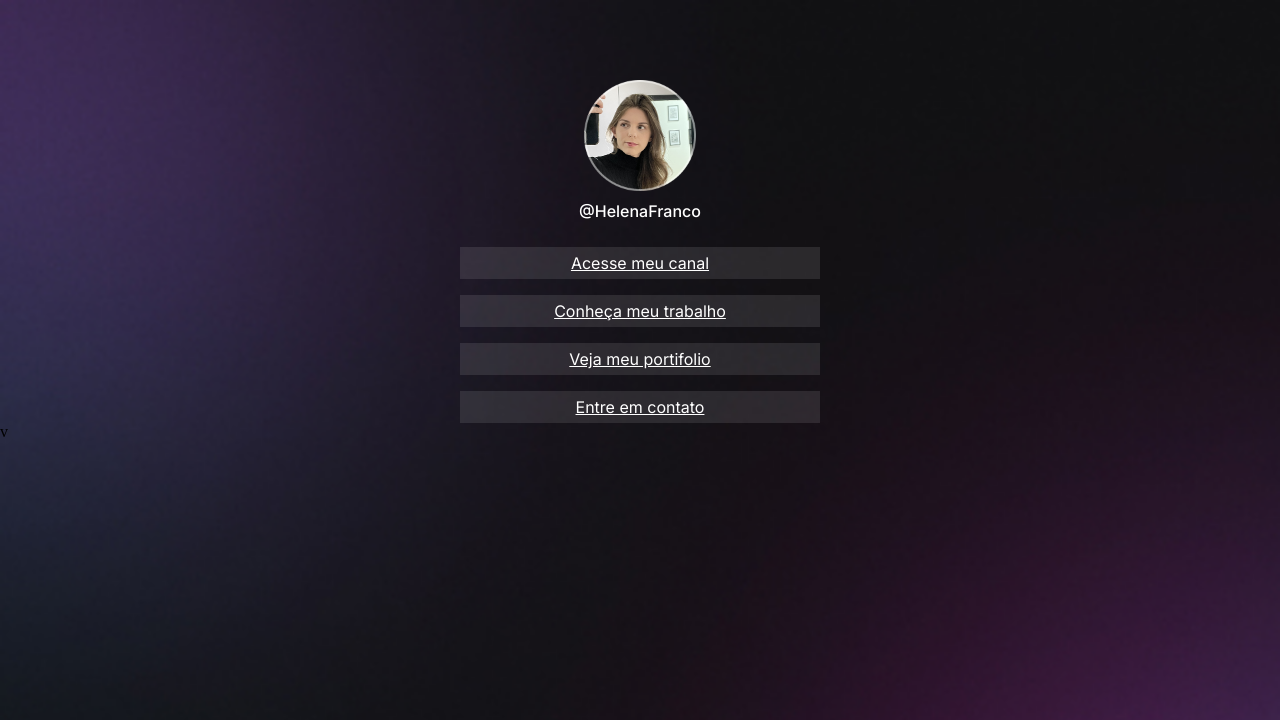
Repository: Fr4nc021/Pagina-de-links-
Page: index.html
An editor plug-in stored every save of this project. The page is shown before and after the next save, followed by the edit.
The browser window is 1280 px wide. The pictures show the whole page.

Above is the page before, as saved 2025-02-10 16:50:46.

### index.html
<!DOCTYPE html>
<html lang="pt-br">
<head>
    <link rel="preconnect" href="https://fonts.googleapis.com">
    <link rel="preconnect" href="https://fonts.gstatic.com" crossorigin>
    <link href="https://fonts.googleapis.com/css2?family=Inter:ital,opsz,wght@0,14..32,100..900;1,14..32,100..900&display=swap" rel="stylesheet">
    <meta charset="UTF-8">
    <meta name="viewport" content="width=device-width, initial-scale=1.0">
    <title>DevLinks</title>
    <link rel="stylesheet" href="style.css">
</head>
<body>
    <div id="container">
    <div id="profile">
    <img
        src="./assets/avatar.png"
        alt="Foto da Helena Franco sorrindo">
        <p>@HelenaFranco</p>
    </div>
    <div>
        <ul>
            <li>
                <a href="#" target="_blank">Acesse meu canal</a>
            </li>
            <li>
                <a href="#" target="_blank">Conheça meu trabalho</a>
            </li>
            <li>
                <a href="#" target="_blank">Veja meu portifolio</a>
            </li>
            <li>
                <a href="#" target="_blank">Entre em contato</a>
            </li>
        </ul>
    </div>
    </div>
</body> v
</html>

### style.css
* {
    margin: 0%;
    padding: 0%;
    box-sizing: border-box;
}


body {
background: url(./assets/bg-mobile.jpg) no-repeat top center/cover;
}

body * {
        font-family: "Inter", sans-serif;
        color: #ffffff
      }

#container {
    width: 360px;
    margin: 56px auto 0px
}

#profile img {
    width: 112px;
    display: block;
    margin: auto;

}

#profile {
    text-align: center;
    padding: 24px;
}

#profile p {
    font-weight: 500;
    line-height: 24px;
    margin-top: 8px;
}

/* Links */

ul{
    list-style: none;
    display: flex;
    flex-direction: column;
    gap: 16px;

}

ul li a {

        display: flex;
        align-items: center;
        justify-content: center;
        padding: 6px;
        background: rgba(255, 255,255, 0.1)
}

After the next save:
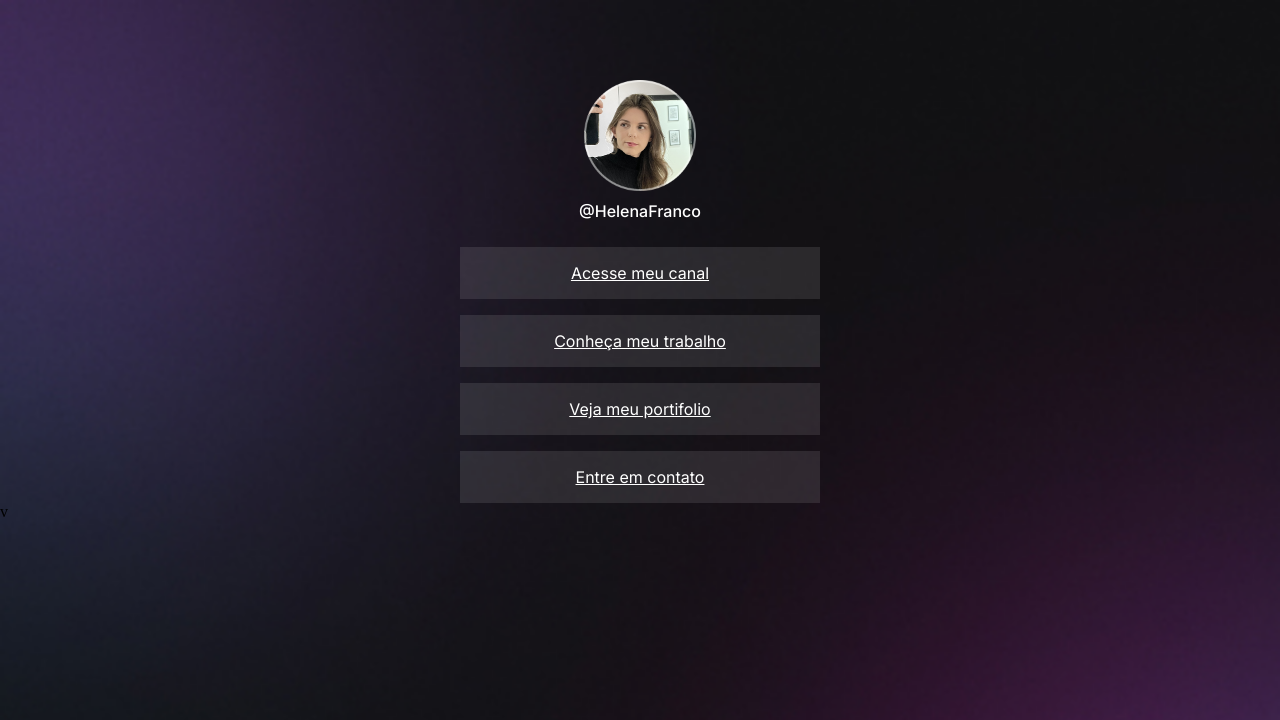
Saved 16 s later.
--- a/style.css
+++ b/style.css
@@ -52,6 +52,6 @@ ul li a {
         display: flex;
         align-items: center;
         justify-content: center;
-        padding: 6px;
+        padding: 16px 24px;
         background: rgba(255, 255,255, 0.1)
 }
